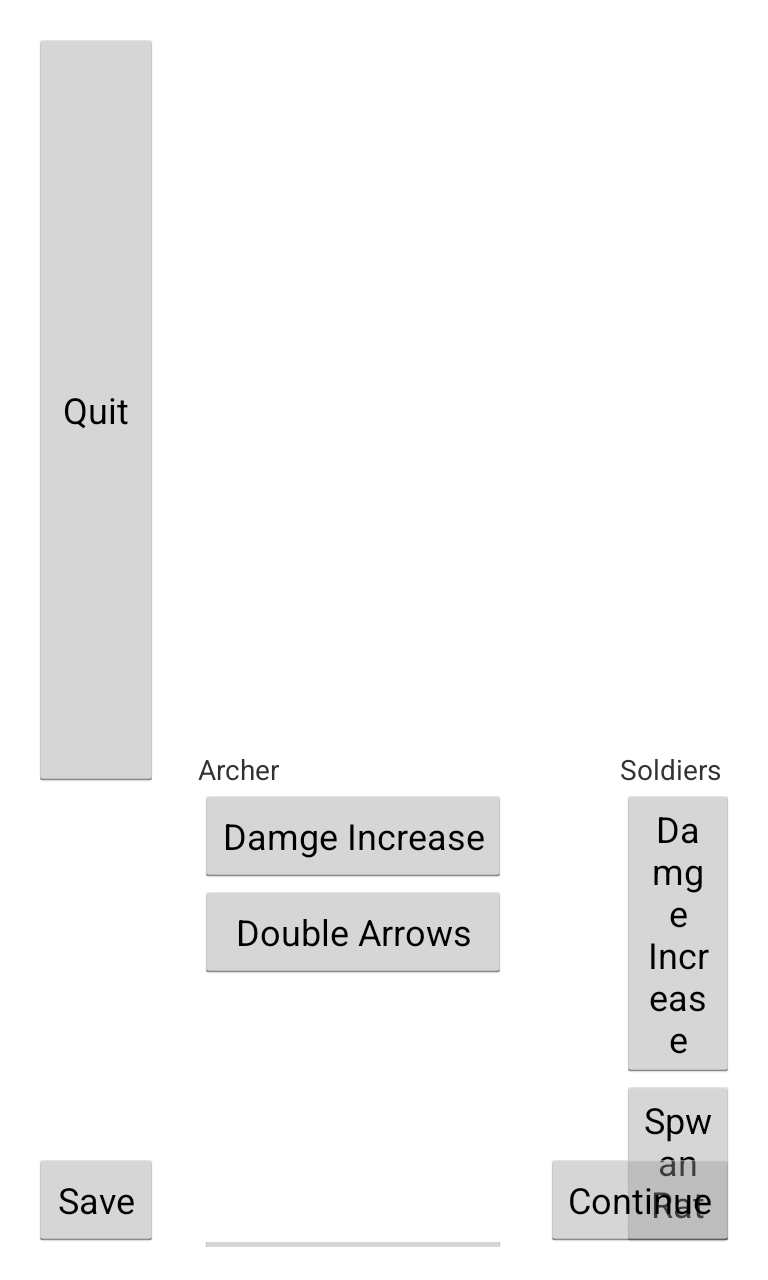
Repository: wsovran/group4
Layout: workspace/Archer/res/layout/activity_shop.xml
An editor plug-in stored every save of this project. The layout is shown before and after the next save, followed by the edit.
It is drawn on a 768 x 1280 px phone screen (xhdpi) without system bars, with theme AppTheme; the app's code is not run.

Above is the layout before, as saved 2014-03-31 22:37:49.

### workspace/Archer/res/layout/activity_shop.xml
<RelativeLayout xmlns:android="http://schemas.android.com/apk/res/android"
    xmlns:tools="http://schemas.android.com/tools"
    android:layout_width="match_parent"
    android:layout_height="match_parent"
    android:gravity="top"
    android:paddingBottom="@dimen/activity_vertical_margin"
    android:paddingLeft="@dimen/activity_horizontal_margin"
    android:paddingRight="@dimen/activity_horizontal_margin"
    android:paddingTop="@dimen/activity_vertical_margin"
    tools:context=".ShopActivity" >

    <Button
        android:id="@+id/Button02"
        android:layout_width="wrap_content"
        android:layout_height="wrap_content"
        android:layout_alignLeft="@+id/Button04"
        android:layout_alignRight="@+id/Button04"
        android:layout_below="@+id/Button04"
        android:text="@string/btn_spawn" />

    <Button
        android:id="@+id/Button03"
        android:layout_width="wrap_content"
        android:layout_height="wrap_content"
        android:layout_alignLeft="@+id/Button02"
        android:layout_alignRight="@+id/Button02"
        android:layout_below="@+id/Button02"
        android:text="@string/btn_health" />

    <TextView
        android:id="@+id/textView1"
        android:layout_width="wrap_content"
        android:layout_height="wrap_content"
        android:layout_above="@+id/button4"
        android:layout_alignLeft="@+id/button4"
        android:text="@string/Archer_Text_view" />

    <TextView
        android:id="@+id/textView2"
        android:layout_width="wrap_content"
        android:layout_height="wrap_content"
        android:layout_above="@+id/Button04"
        android:layout_alignLeft="@+id/Button04"
        android:layout_alignRight="@+id/Button04"
        android:text="@string/Soilders_text_view" />

    <Button
        android:id="@+id/button5"
        android:layout_width="wrap_content"
        android:layout_height="wrap_content"
        android:layout_alignBottom="@+id/textView1"
        android:layout_alignParentLeft="true"
        android:layout_alignParentTop="true"
        android:text="@string/quit" />

    <Button
        android:id="@+id/button6"
        android:layout_width="wrap_content"
        android:layout_height="wrap_content"
        android:layout_alignParentBottom="true"
        android:layout_alignParentRight="true"
        android:text="@string/ContinueGame" />

    <Button
        android:id="@+id/button7"
        android:layout_width="wrap_content"
        android:layout_height="wrap_content"
        android:layout_alignBaseline="@+id/button6"
        android:layout_alignBottom="@+id/button6"
        android:layout_alignLeft="@+id/button5"
        android:text="@string/save" />

    <Button
        android:id="@+id/button1"
        android:layout_width="wrap_content"
        android:layout_height="wrap_content"
        android:layout_above="@+id/button7"
        android:layout_alignLeft="@+id/button4"
        android:layout_alignRight="@+id/button4"
        android:layout_marginBottom="86dp"
        android:text="@string/Arrows_btn" />

    <Button
        android:id="@+id/Button04"
        android:layout_width="wrap_content"
        android:layout_height="wrap_content"
        android:layout_below="@+id/textView1"
        android:layout_marginLeft="56dp"
        android:layout_toRightOf="@+id/button4"
        android:text="@string/btn_damage" />

    <Button
        android:id="@+id/button4"
        android:layout_width="wrap_content"
        android:layout_height="wrap_content"
        android:layout_above="@+id/button1"
        android:layout_marginLeft="19dp"
        android:layout_toRightOf="@+id/button5"
        android:text="@string/btn_damage" />

    <Button
        android:id="@+id/button2"
        android:layout_width="wrap_content"
        android:layout_height="wrap_content"
        android:layout_alignBaseline="@+id/Button03"
        android:layout_alignBottom="@+id/Button03"
        android:layout_alignLeft="@+id/button1"
        android:layout_toLeftOf="@+id/Button04"
        android:text="@string/btn_arrow" />

</RelativeLayout>

### workspace/Archer/res/values/strings.xml
<?xml version="1.0" encoding="utf-8"?>
<resources>

    <string name="app_name">Archer</string>
    <string name="action_settings">Settings</string>
    <string name="hello_world">Hello world!</string>
    <string name="NewGame">New Game</string>
    <string name="ContinueGame">Continue</string>
    <string name="HighScores">High Scores</string>
    <string name="Options">Options</string>
    <string name="Tutorial">Tutorial</string>
    <string name="title_activity_tutorial">TutorialActivity</string>
    <string name="TutorialScreenText">//TO-DO: Add Tutorial Text</string>
    <string name="GoBack">&lt;</string>
    <string name="title_activity_options">OptionsActivity</string>
    <string name="SoundControl">Sound</string>
    <string name="ResetHighScore">Reset High Score</string>
    <string name="title_activity_high_score">HighScoreActivity</string>
    <string name="title_activity_game">GameActivity</string>
    <string name="title_activity_new_game">NewGameActivity</string>
    <string name="title_activity_shop">ShopActivity</string>
    <string name="Archer_Text_view">Archer</string>
    <string name="Soilders_text_view">Soldiers</string>
    <string name="quit">Quit</string>
    <string name="save">Save</string>
    <string name="btn_damage">Damge Increase</string>
    <string name="Arrows_btn">Double Arrows</string>
    <string name="btn_arrow">Piercing Arrows</string>
    <string name="btn_speed">Move Speed</string>
    <string name="btn_health">Health</string>
    <string name="btn_spawn">Spwan Rate</string>
    <string name="Money">Money:</string>

</resources>

Loaded but not shown: workspace/Archer/res/values/styles.xml (common file); workspace/Archer/res/values-v11/styles.xml (common file); workspace/Archer/res/values-v14/styles.xml (common file); workspace/Archer/res/values/dimens.xml (common file)

After the next save:
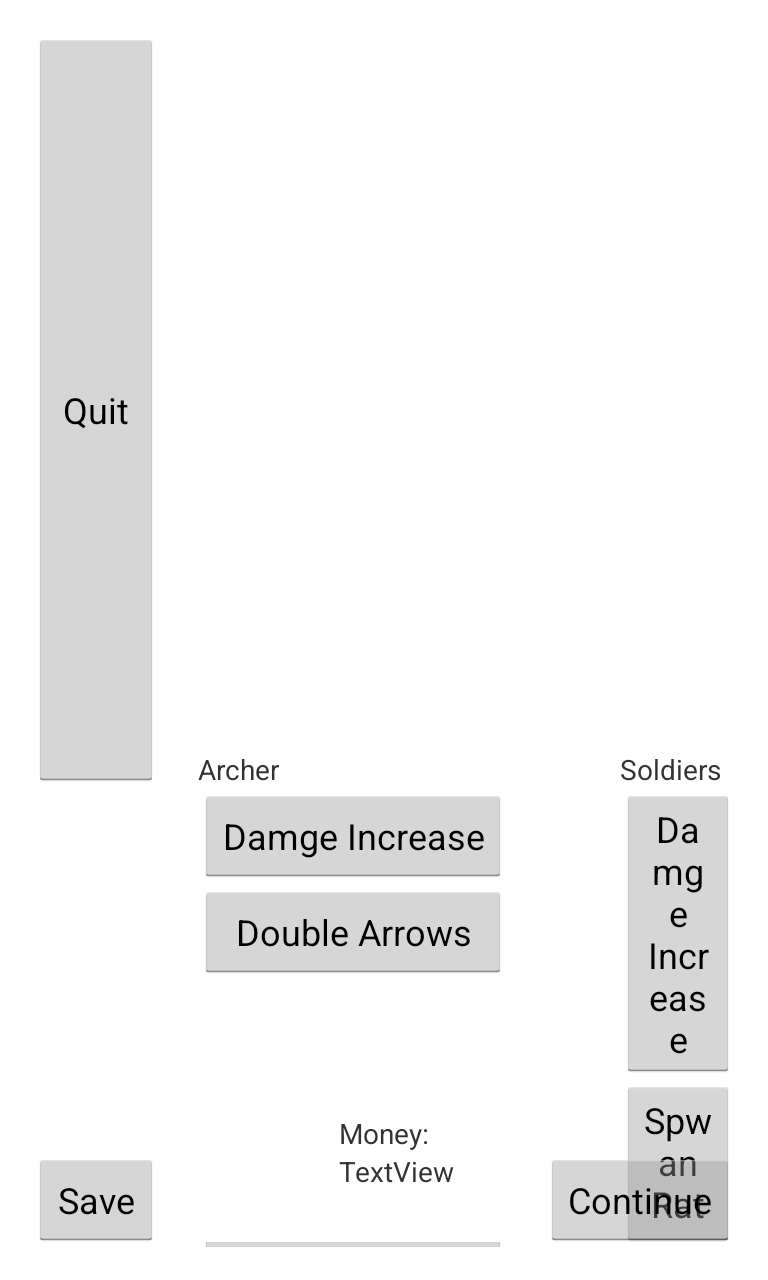
Saved 4 min 7 s later.
--- a/workspace/Archer/res/layout/activity_shop.xml
+++ b/workspace/Archer/res/layout/activity_shop.xml
@@ -108,4 +108,20 @@
         android:layout_toLeftOf="@+id/Button04"
         android:text="@string/btn_arrow" />
 
+    <TextView
+        android:id="@+id/textView3"
+        android:layout_width="wrap_content"
+        android:layout_height="wrap_content"
+        android:layout_above="@+id/button6"
+        android:layout_centerHorizontal="true"
+        android:text="@string/Money" />
+
+    <TextView
+        android:id="@+id/moneyDisplay"
+        android:layout_width="wrap_content"
+        android:layout_height="wrap_content"
+        android:layout_alignLeft="@+id/textView3"
+        android:layout_alignTop="@+id/button6"
+        android:text="TextView" />
+
 </RelativeLayout>
